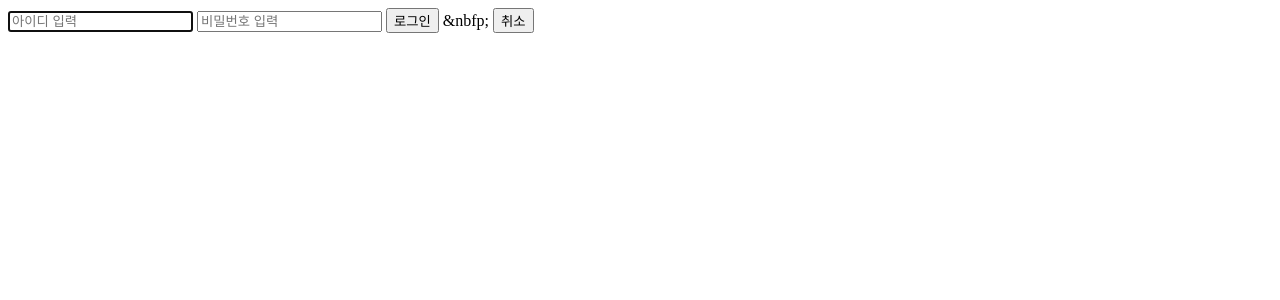
Repository: HyoJun-A/jsp
Page: practice01/WebContent/WEB-INF/loginForm.html
An editor plug-in stored every save of this project. The page is shown before and after the next save, followed by the edit.
The browser window is 1280 px wide. The pictures show the whole page.

Above is the page before, as saved 2022-10-17 09:18:01.

### practice01/WebContent/WEB-INF/loginForm.html
<!DOCTYPE html>
<html>
<head>
<meta charset="UTF-8">
<title>로그인 폼</title>
</head>
<body>
	<form action="test05.jsp" name="loginForm" method="post">
		<input type="text" name="id" id="id" placeholder="아이디 입력" autofocus required>
		<input type="password" name="pw" id="pw" placeholder="비밀번호 입력">
		<input type="submit" value="로그인">
		&nbfp;
		<input type="reset" value="취소">
	</form>
</body>
</html>

After the next save:
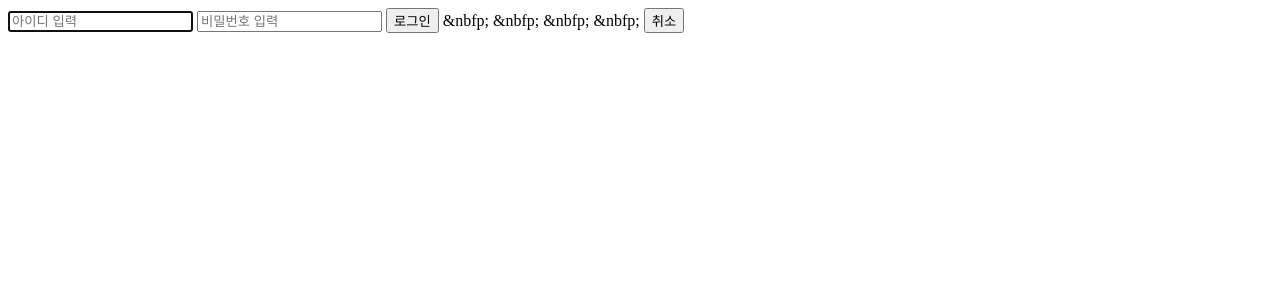
Saved 10 s later.
--- a/practice01/WebContent/WEB-INF/loginForm.html
+++ b/practice01/WebContent/WEB-INF/loginForm.html
@@ -9,7 +9,7 @@
 		<input type="text" name="id" id="id" placeholder="아이디 입력" autofocus required>
 		<input type="password" name="pw" id="pw" placeholder="비밀번호 입력">
 		<input type="submit" value="로그인">
-		&nbfp;
+		&nbfp; &nbfp; &nbfp; &nbfp;
 		<input type="reset" value="취소">
 	</form>
 </body>
